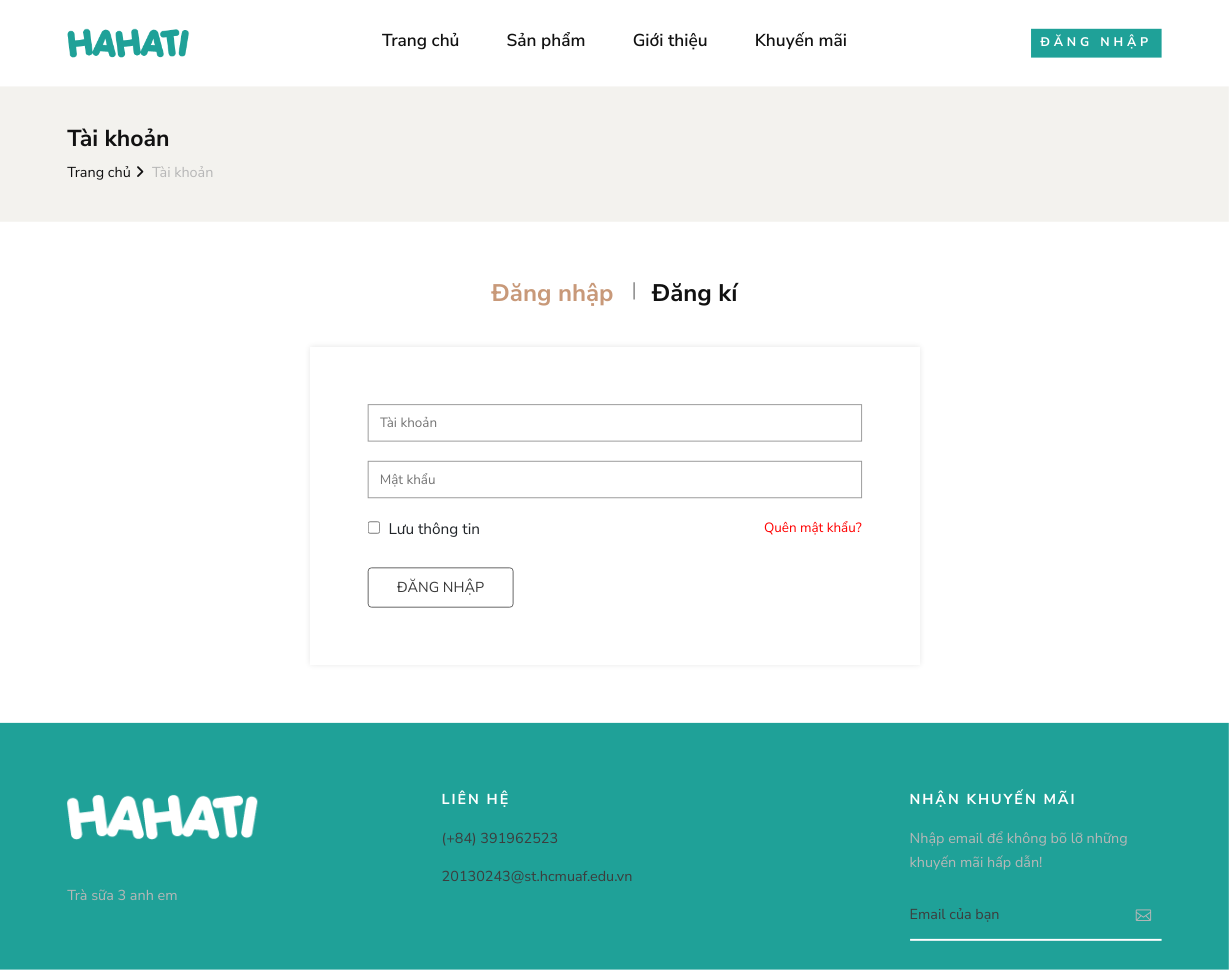
Repository: letrongtinh27/template
Page: login-register.html
The author's editor kept a copy of each file at every save. The page is drawn from the files as they stood at one save, then again after the next save.
The browser window is 1280 px wide. The pictures show the whole page, at 96% of full size.

Above is the page before, as saved 2022-10-27 11:20:39.
Console error: TypeError: Cannot set properties of null (setting 'onclick')

After the next save:
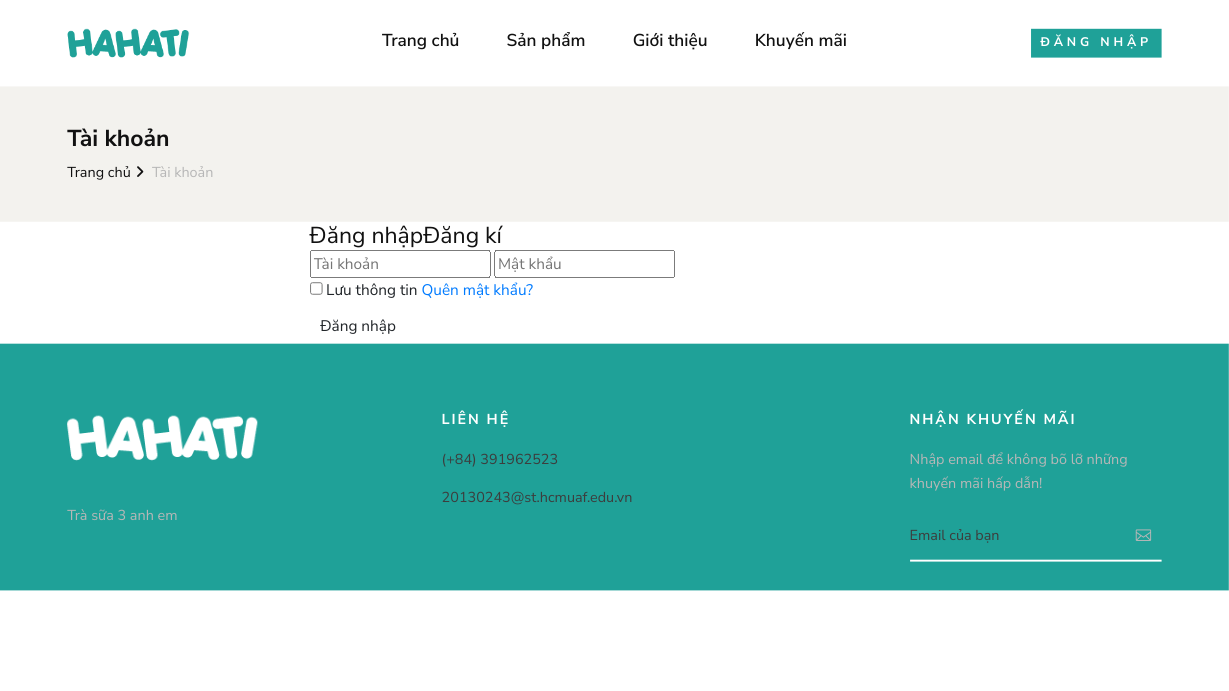
Saved 2 min 21 s later.
--- a/login-register.html
+++ b/login-register.html
@@ -30,7 +30,7 @@
     <link rel="stylesheet" href="css/owl.carousel.min.css" type="text/css" />
     <link rel="stylesheet" href="css/slicknav.min.css" type="text/css" />
     <link rel="stylesheet" href="css/style.css" type="text/css" />
-    <link rel="stylesheet" href="css/account.css" type="text/css" />
+    <!-- <link rel="stylesheet" href="css/account.css" type="text/css" /> -->
   </head>
 
   <body>

After the save that followed:
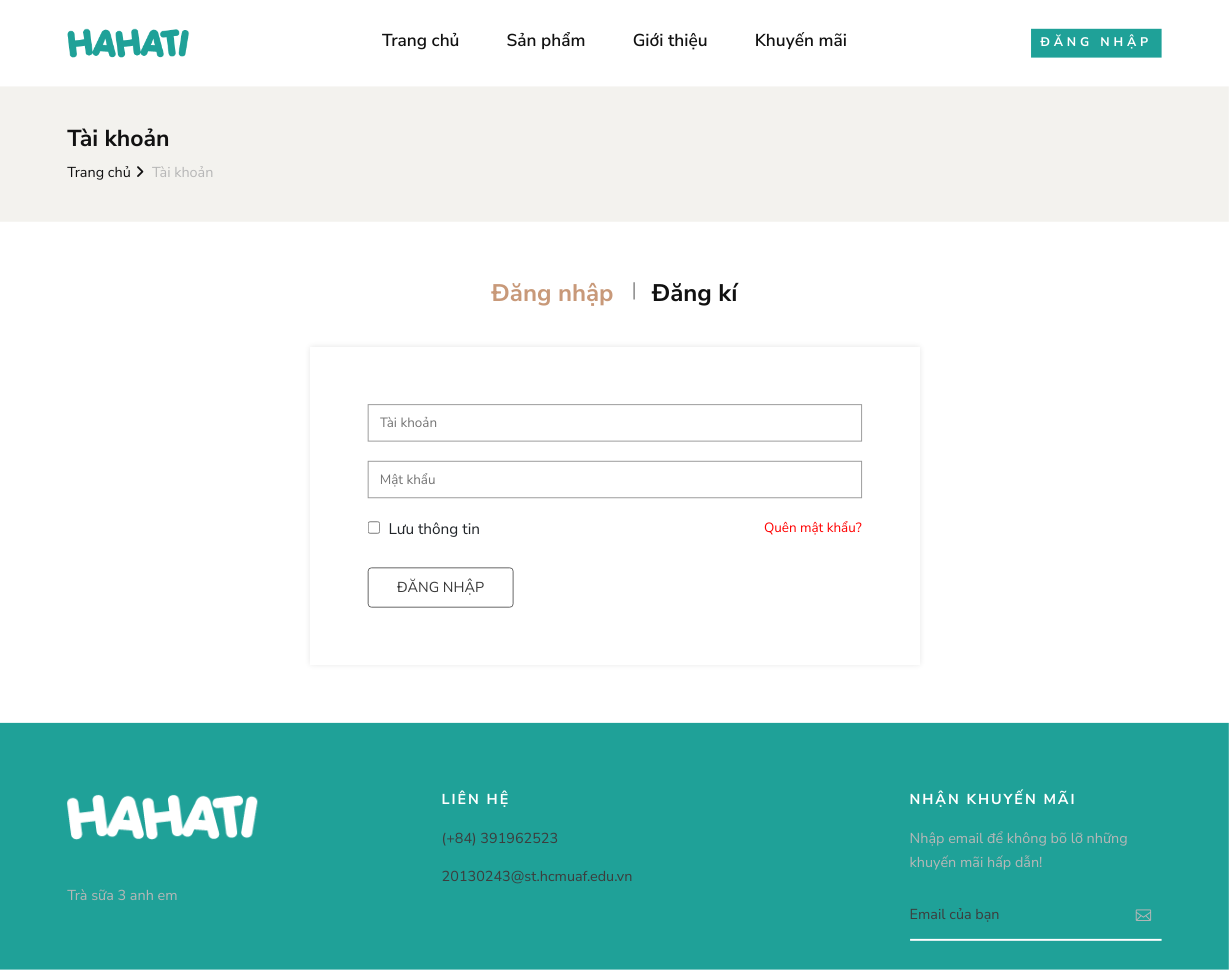
Saved 7 s later.
--- a/login-register.html
+++ b/login-register.html
@@ -30,7 +30,7 @@
     <link rel="stylesheet" href="css/owl.carousel.min.css" type="text/css" />
     <link rel="stylesheet" href="css/slicknav.min.css" type="text/css" />
     <link rel="stylesheet" href="css/style.css" type="text/css" />
-    <!-- <link rel="stylesheet" href="css/account.css" type="text/css" /> -->
+    <link rel="stylesheet" href="css/account.css" type="text/css" />
   </head>
 
   <body>
